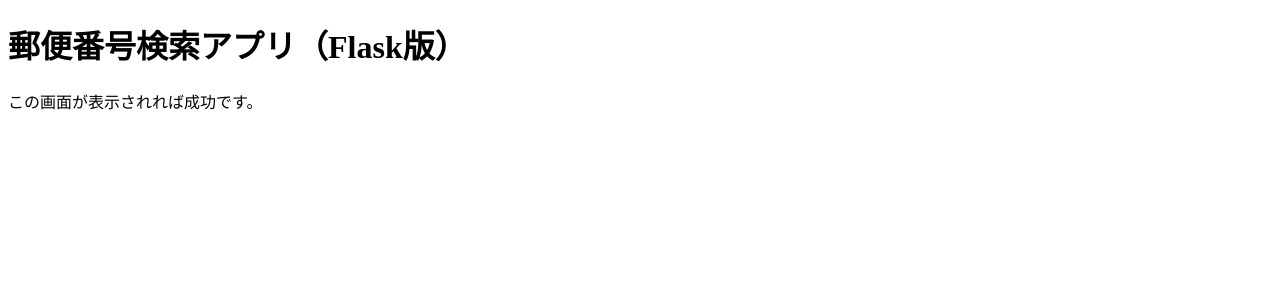
Repository: fkybiu0529-dot/zip-search-flask
Page: http://localhost/
These files come from the project's save history. The page is drawn as it stood at one moment and after the next save; the edit follows.
The browser window is 1280 px wide. The pictures show the whole page.
The page is served by the project's application, run on Flask 3 (app.py).

Above is the page before, as saved 2026-01-30 15:12:05.

After the next save:
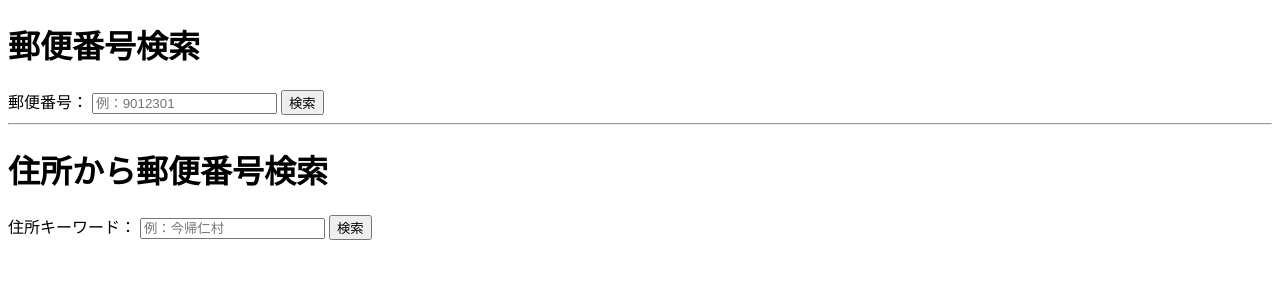
Saved 64 min 49 s later.
--- a/templates/index.html
+++ b/templates/index.html
@@ -2,10 +2,25 @@
 <html lang="ja">
 <head>
     <meta charset="UTF-8">
-    <title>郵便番号検索（Flask版）</title>
+    <title>郵便番号検索アプリ</title>
 </head>
 <body>
-    <h1>郵便番号検索アプリ（Flask版）</h1>
-    <p>この画面が表示されれば成功です。</p>
+    <h1>郵便番号検索</h1>
+
+    <form action="/zip" method="get">
+        <label>郵便番号：</label>
+        <input type="text" name="zipcode" placeholder="例：9012301">
+        <button type="submit">検索</button>
+    </form>
+
+    <hr>
+
+    <h1>住所から郵便番号検索</h1>
+
+    <form action="/address" method="get">
+        <label>住所キーワード：</label>
+        <input type="text" name="keyword" placeholder="例：今帰仁村">
+        <button type="submit">検索</button>
+    </form>
 </body>
 </html>
